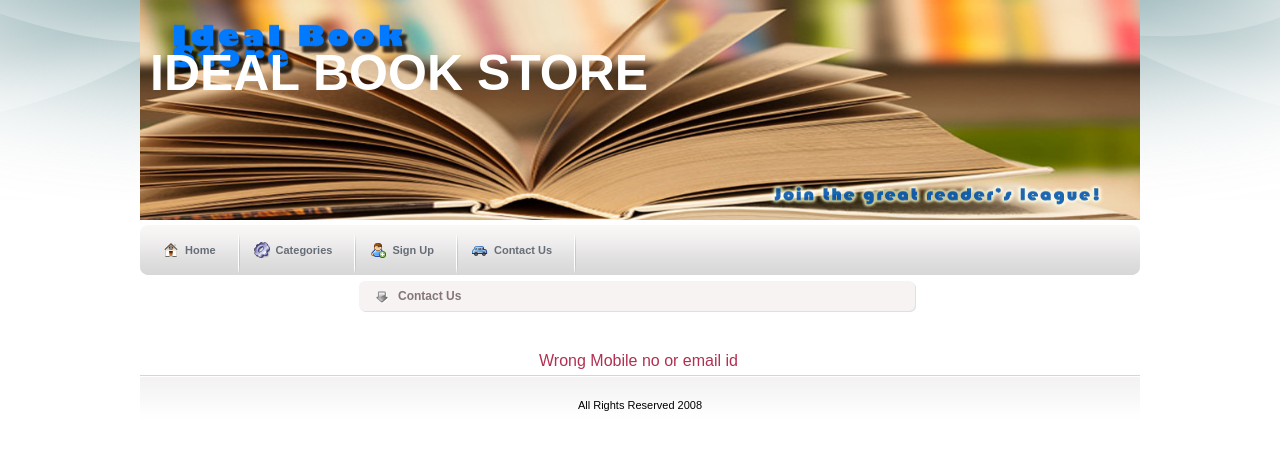
Repository: tusharjain887/Online-Book-Sales
Page: http://localhost/OnlineBook/getpass.jsp
The author's editor kept a copy of each file at every save. The page is drawn from the files as they stood at one save, then again after the next save.
The browser window is 1280 px wide. The pictures show the whole page.
The page is served by Tomcat 9. Queries for data that is not in the repository find no rows.

Above is the page before, as saved 2013-04-09 10:25:23.

After the next save:
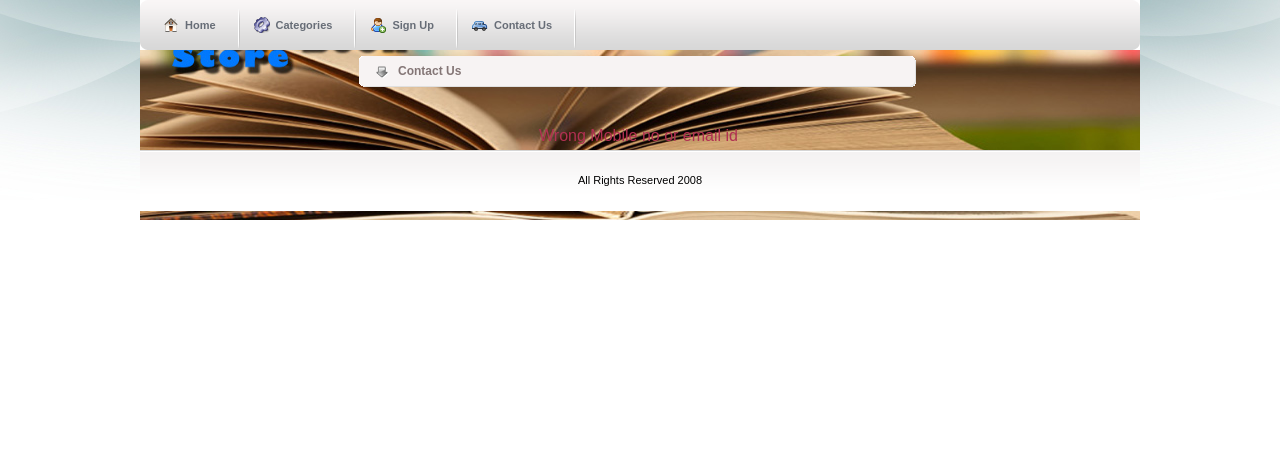
Saved 49 s later.
--- a/PROJECT/workspace/workspace/OnlineBook/WebContent/getpass.jsp
+++ b/PROJECT/workspace/workspace/OnlineBook/WebContent/getpass.jsp
@@ -30,8 +30,7 @@ if(c!=null)
 	}
 	%>
 	</div>
-   <div  style="padding:10px;font-size:25px;color: #FFF;"><h1>IDEAL BOOK STORE</h1></div>
-  </div>
+
   <div id="main_content">
     <div id="menu_tab">
       <div class="left_menu_corner"></div>
